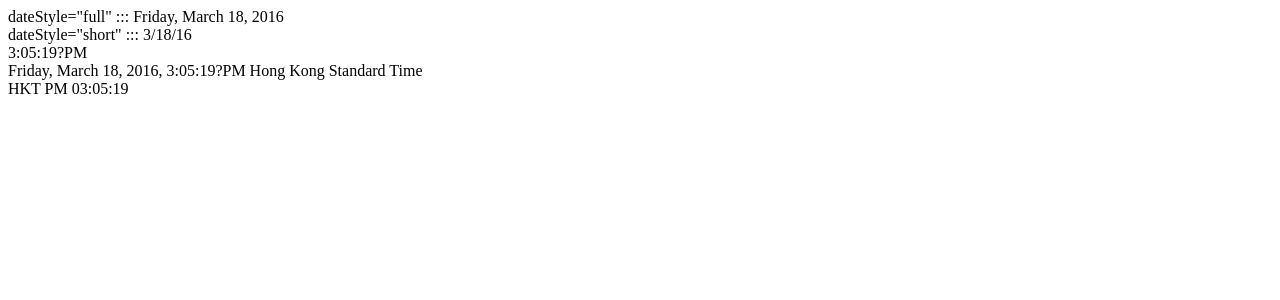
Repository: jjanggu1990/kh_java
Page: http://localhost/JSP_EX/day0331/use_date_tag.jsp
These files come from the project's save history. The page is drawn as it stood at one moment and after the next save; the edit follows.
The browser window is 1280 px wide. The pictures show the whole page.
The page is served by Tomcat 9. Other server files are loaded and not shown.

Above is the page before, as saved 2016-03-31 09:13:00.

### workspace/JSP_EX/WebContent/day0331/use_date_tag.jsp
<%@ page contentType = "text/html; charset=euc-kr" %>
<%@ taglib prefix="fmt" uri="http://java.sun.com/jsp/jstl/fmt" %>
<%@ taglib prefix="c" uri="http://java.sun.com/jsp/jstl/core" %>
<html>
<head><title>dateFormat태그 사용</title></head>
<body>
<fmt:timeZone value="Hongkong">
<c:set var="now" value="<%= new java.util.Date() %>" />
dateStyle="full" ::: <fmt:formatDate value="${now}" type="date" dateStyle="full" /> <br>
dateStyle="short" ::: <fmt:formatDate value="${now}" type="date" dateStyle="short" /> <br>
<fmt:formatDate value="${now}" type="time" /> <br>
<fmt:formatDate value="${now}" type="both"
                dateStyle="full" timeStyle="full" /> <br>
<fmt:formatDate value="${now}" pattern="z a hh:mm:ss" /> <br>
</fmt:timeZone>
</body>
</html>

After the next save:
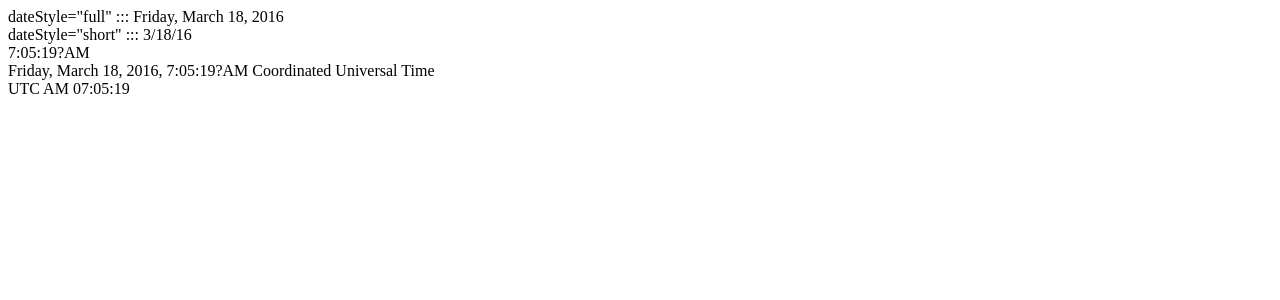
Saved 16 s later.
--- a/workspace/JSP_EX/WebContent/day0331/use_date_tag.jsp
+++ b/workspace/JSP_EX/WebContent/day0331/use_date_tag.jsp
@@ -4,7 +4,6 @@
 <html>
 <head><title>dateFormat태그 사용</title></head>
 <body>
-<fmt:timeZone value="Hongkong">
 <c:set var="now" value="<%= new java.util.Date() %>" />
 dateStyle="full" ::: <fmt:formatDate value="${now}" type="date" dateStyle="full" /> <br>
 dateStyle="short" ::: <fmt:formatDate value="${now}" type="date" dateStyle="short" /> <br>
@@ -12,6 +11,5 @@ dateStyle="short" ::: <fmt:formatDate value="${now}" type="date" dateStyle="shor
 <fmt:formatDate value="${now}" type="both"
                 dateStyle="full" timeStyle="full" /> <br>
 <fmt:formatDate value="${now}" pattern="z a hh:mm:ss" /> <br>
-</fmt:timeZone>
 </body>
 </html>
